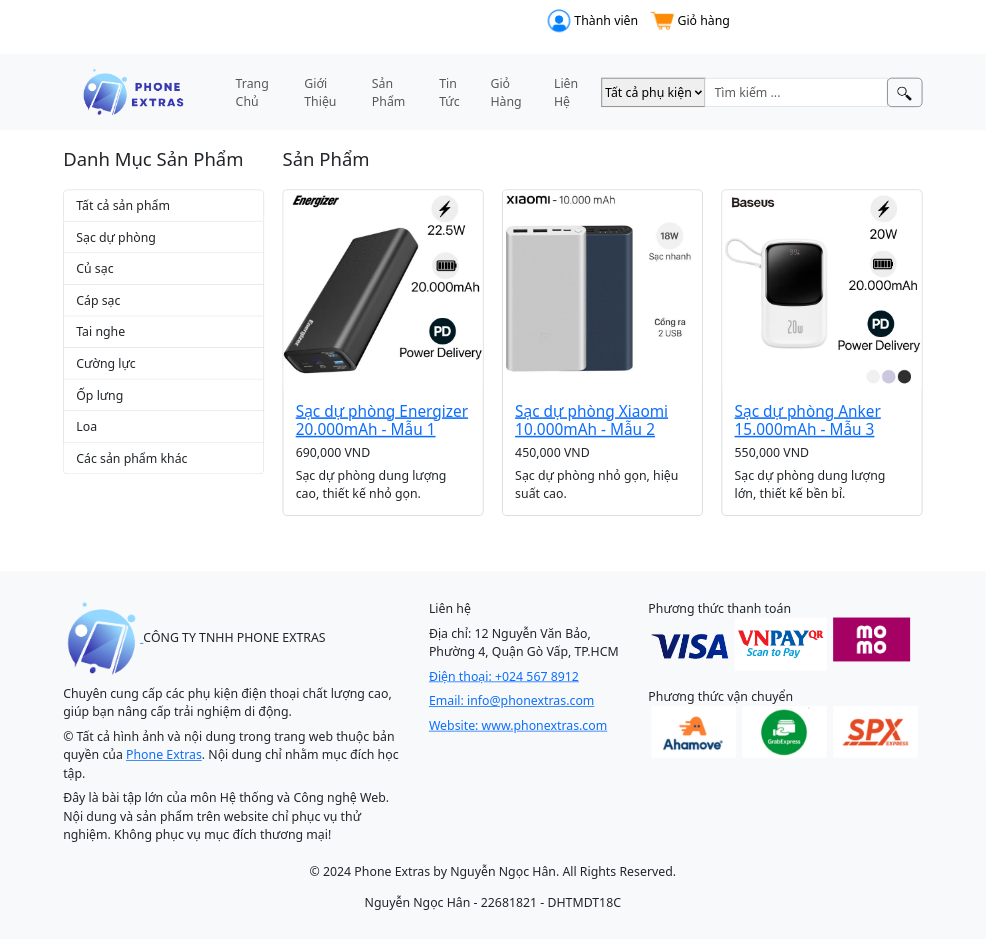
Repository: munnkawaii/BTL-PhoneExtras
Page: html/products.html
An editor plug-in stored every save of this project. The page is shown before and after a run of saves, followed by the edit.
The browser window is 1280 px wide. The pictures show the whole page, at 77% of full size.

Above is the page before, as saved 2024-11-15 23:41:24.

After the next 3 saves:
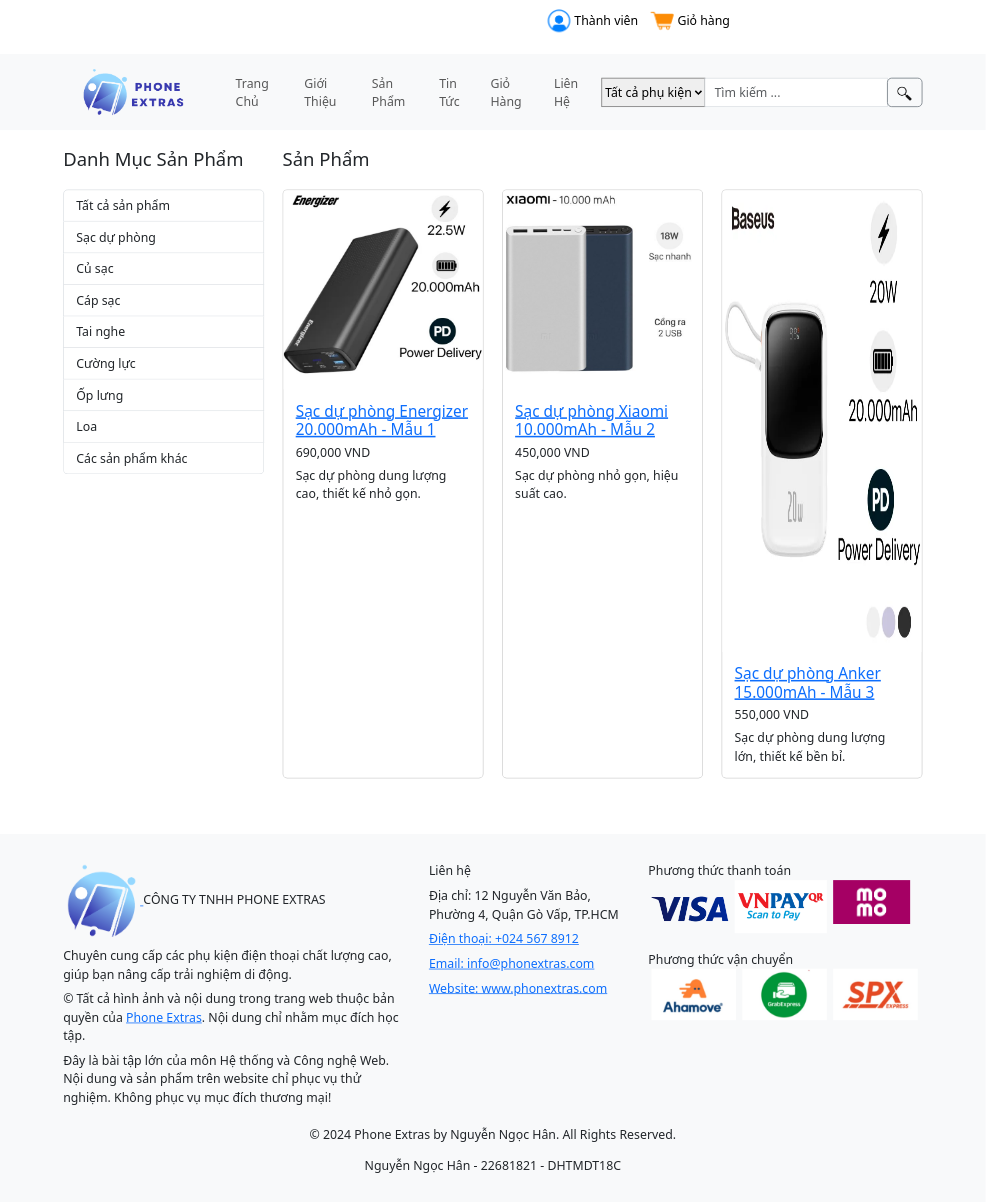
The 3 saves are shown as one change because they came seconds apart.
The last was saved 2 min 15 s later.
--- a/html/products.html
+++ b/html/products.html
@@ -183,7 +183,7 @@
 
                     <div class="col-lg-4 col-md-6 mb-4">
                         <div class="card h-100">
-                            <a href="#" data-toggle="modal" data-target="#productModal3"><img class="card-img-top" src="../img/sacdp/mau3.png" alt="Product 3"></a>
+                            <a href="#" data-toggle="modal" data-target="#productModal3"><img class="card-img-top" src="../img/sacdp/mau3.png" alt="Product 3" height="600px"></a>
                             <div class="card-body">
                                 <h5 class="card-title">
                                     <a href="#" data-toggle="modal" data-target="#productModal3">Sạc dự phòng Anker 15.000mAh - Mẫu 3</a>

After the save that followed:
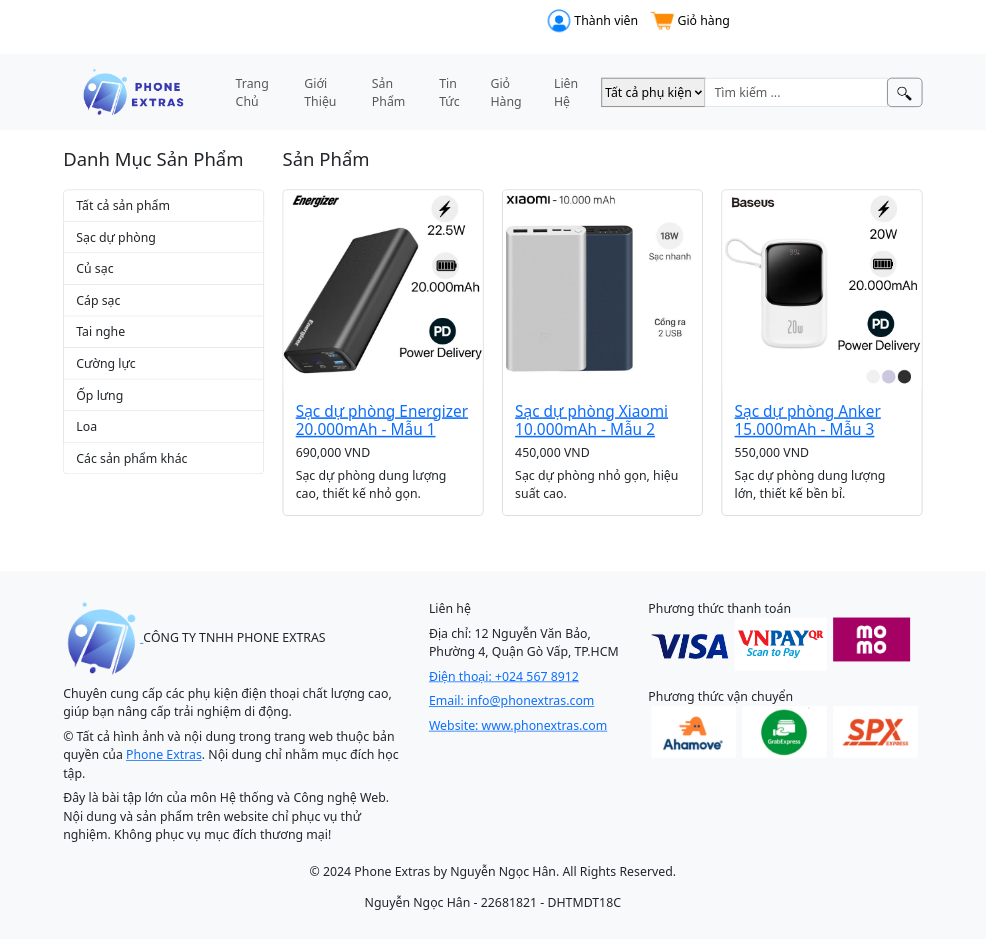
Saved 24 s later.
--- a/html/products.html
+++ b/html/products.html
@@ -183,7 +183,7 @@
 
                     <div class="col-lg-4 col-md-6 mb-4">
                         <div class="card h-100">
-                            <a href="#" data-toggle="modal" data-target="#productModal3"><img class="card-img-top" src="../img/sacdp/mau3.png" alt="Product 3" height="600px"></a>
+                            <a href="#" data-toggle="modal" data-target="#productModal3"><img class="card-img-top" src="../img/sacdp/mau3.png" alt="Product 3" height=""></a>
                             <div class="card-body">
                                 <h5 class="card-title">
                                     <a href="#" data-toggle="modal" data-target="#productModal3">Sạc dự phòng Anker 15.000mAh - Mẫu 3</a>
